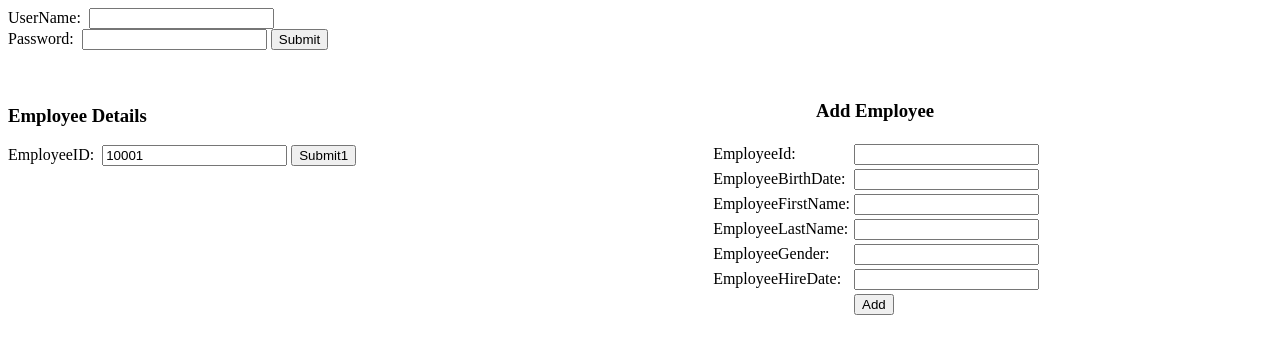
Repository: sandeep27y/MavenWebAppMultiModule-Servlets
Page: http://localhost/EmployeeApplication/LogIn.jsp
The author's editor kept a copy of each file at every save. The page is drawn from the files as they stood at one save, then again after the next save.
The browser window is 1280 px wide. The pictures show the whole page.
The page is served by Tomcat 9.

Above is the page before, as saved 2017-06-10 20:57:26.

After the next save:
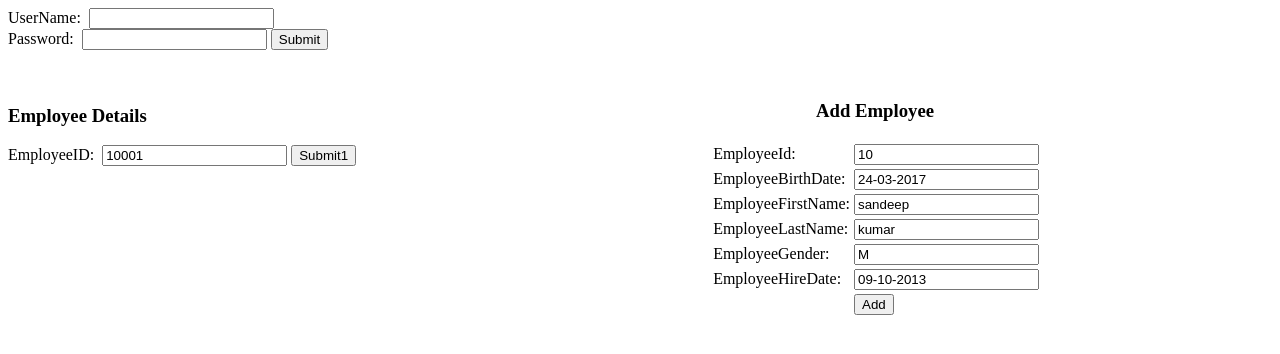
Saved 5 min 59 s later.
--- a/MavenWebAppMultiModule-Servlets/EmployeeMultiModule/EmployeeApplication/src/main/webapp/LogIn.jsp
+++ b/MavenWebAppMultiModule-Servlets/EmployeeMultiModule/EmployeeApplication/src/main/webapp/LogIn.jsp
@@ -26,27 +26,27 @@ EmployeeID: &nbsp;<input type="text" name="employeeId" value="10001">
 <table>
 	<tr>
 		<td>EmployeeId: </td>
-		<td><input type="text" name="employeeId"></td>
+		<td><input type="text" name="employeeId" value="10"></td>
 	</tr>
 	<tr>
 		<td>EmployeeBirthDate: </td>
-		<td><input type="text" name="birthdate"></td>
+		<td><input type="text" name="birthdate" value="24-03-2017"></td>
 	</tr>
 	<tr>
 		<td>EmployeeFirstName: </td>
-		<td><input type="text" name="firstName"></td>
+		<td><input type="text" name="firstName" value="sandeep"></td>
 	</tr>
 	<tr>
 		<td>EmployeeLastName: </td>
-		<td><input type="text" name="lastName"></td>
+		<td><input type="text" name="lastName" value="kumar"></td>
 	</tr>
 	<tr>
 		<td>EmployeeGender: </td>
-		<td><input type="text" name="gender"></td>
+		<td><input type="text" name="gender" value="M"></td>
 	</tr>
 	<tr>
 		<td>EmployeeHireDate: </td>
-		<td><input type="text" name="hiredate"></td>
+		<td><input type="text" name="hiredate" value="09-10-2013"></td>
 	</tr>
 	<tr>
 		<td><td><input type="submit" value="Add"></td>
